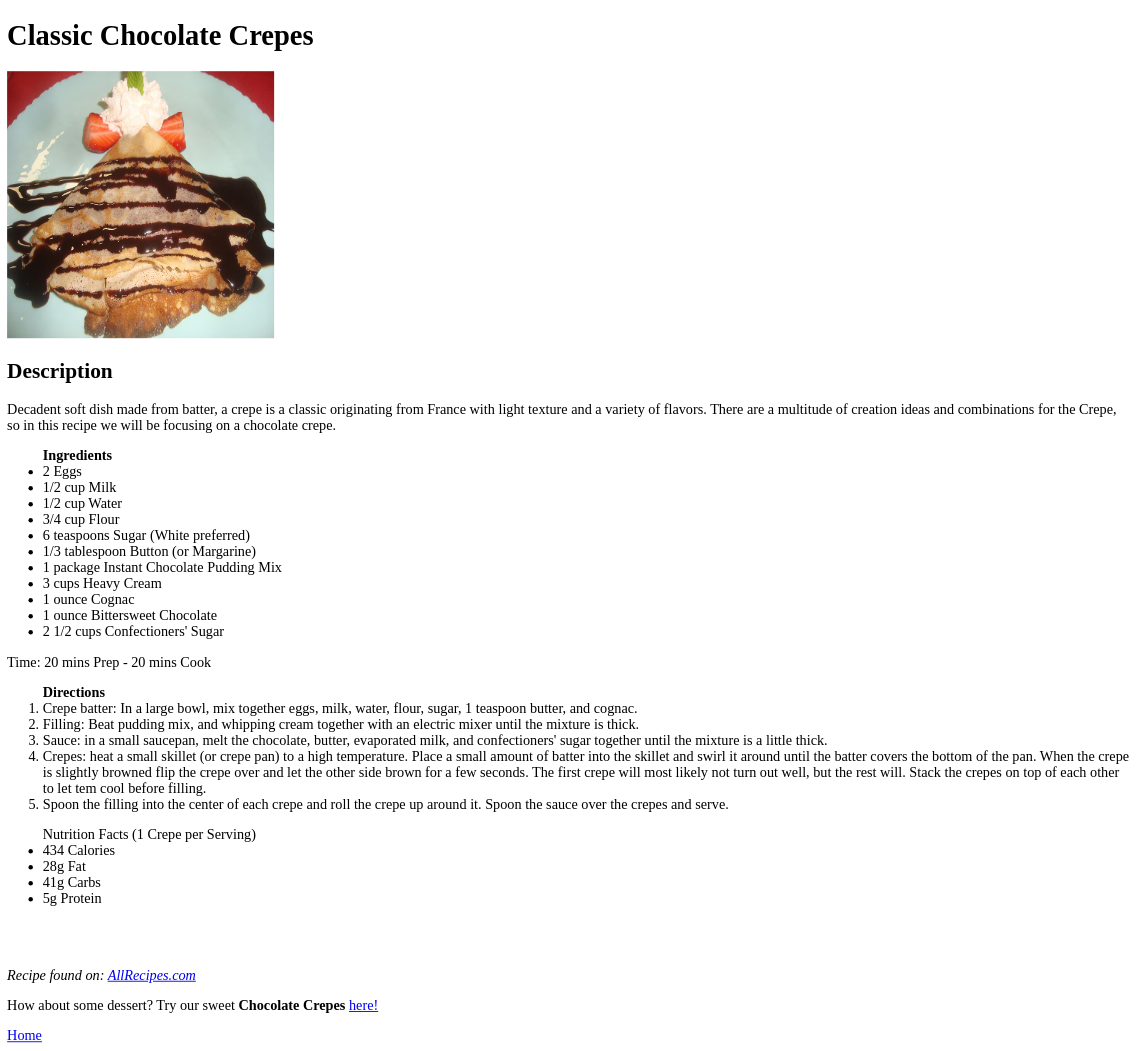
Repository: Mervens/odin-recipes
Page: recipes/pasta.html
These files come from the project's save history. The page is drawn as it stood at one moment and after the next save; the edit follows.
The browser window is 1280 px wide. The pictures show the whole page, at 89% of full size.

Above is the page before, as saved 2025-06-18 11:46:40.

### recipes/pasta.html
<!DOCTYPE html>

<html lang="en">

<head>
    <meta charset="UTF-8">
    <title>Chocolate Crepe Recipe | Odin Recipes</title>
</head>

<body>
    <h1>Classic Chocolate Crepes</h1>

    <img src="../recipes/images/Chocolate Image.png"
        alt="Photo of Chocolate Crepe. Image found on Wikipedia - linked in ReadME." height=300 width=300>
    <h2>Description</h2>
    <p>Decadent soft dish made from batter, a crepe is a classic originating from France with light texture and a
        variety of flavors. There are a multitude of creation ideas and combinations for the Crepe, so in this
        recipe we
        will be focusing on a chocolate crepe.</p>
    <ul><strong>Ingredients</strong>
        <li>2 Eggs</li>
        <li>1/2 cup Milk</li>
        <li>1/2 cup Water</li>
        <li>3/4 cup Flour</li>
        <li>6 teaspoons Sugar (White preferred)</li>
        <li>1/3 tablespoon Button (or Margarine)</li>
        <li>1 package Instant Chocolate Pudding Mix</li>
        <li>3 cups Heavy Cream</li>
        <li>1 ounce Cognac</li>
        <li>1 ounce Bittersweet Chocolate</li>
        <li>2 1/2 cups Confectioners' Sugar</li>
    </ul>
    <p>Time: 20 mins Prep - 20 mins Cook</p>
    <ol><strong>Directions</strong>
        <li>Crepe batter: In a large bowl, mix together eggs, milk, water, flour, sugar, 1 teaspoon butter, and
            cognac.
        </li>
        <li>Filling: Beat pudding mix, and whipping cream together with an electric mixer until the mixture is
            thick.
        </li>
        <li>Sauce: in a small saucepan, melt the chocolate, butter, evaporated milk, and confectioners' sugar
            together
            until the mixture is a little thick.</li>
        <li>Crepes: heat a small skillet (or crepe pan) to a high temperature. Place a small amount of batter into
            the
            skillet and swirl it around until the batter covers the bottom of the pan. When the crepe is slightly
            browned flip the crepe over and let the other side brown for a few seconds. The first crepe will most
            likely
            not turn out well, but the rest will. Stack the crepes on top of each other to let tem cool before
            filling.
        </li>
        <li>Spoon the filling into the center of each crepe and roll the crepe up around it. Spoon the sauce over
            the
            crepes and serve.</li>
    </ol>
    <ul>
        Nutrition Facts (1 Crepe per Serving)
        <li>434 Calories</li>
        <li>28g Fat</li>
        <li>41g Carbs</li>
        <li>5g Protein</li>
    </ul>
    <br>
    <br>

    <p><em>Recipe found on:
            <a href="https://www.allrecipes.com/recipe/229960/shrimp-scampi-with-pasta/">AllRecipes.com</em>
    </p>
    </a>
    <p>How about some dessert? Try our sweet <strong>Chocolate Crepes </strong><a href="../recipes/crepe.html">here!</a>
    </p>
    <a href="../index.html">Home</a>

</body>

</html>

After the next save:
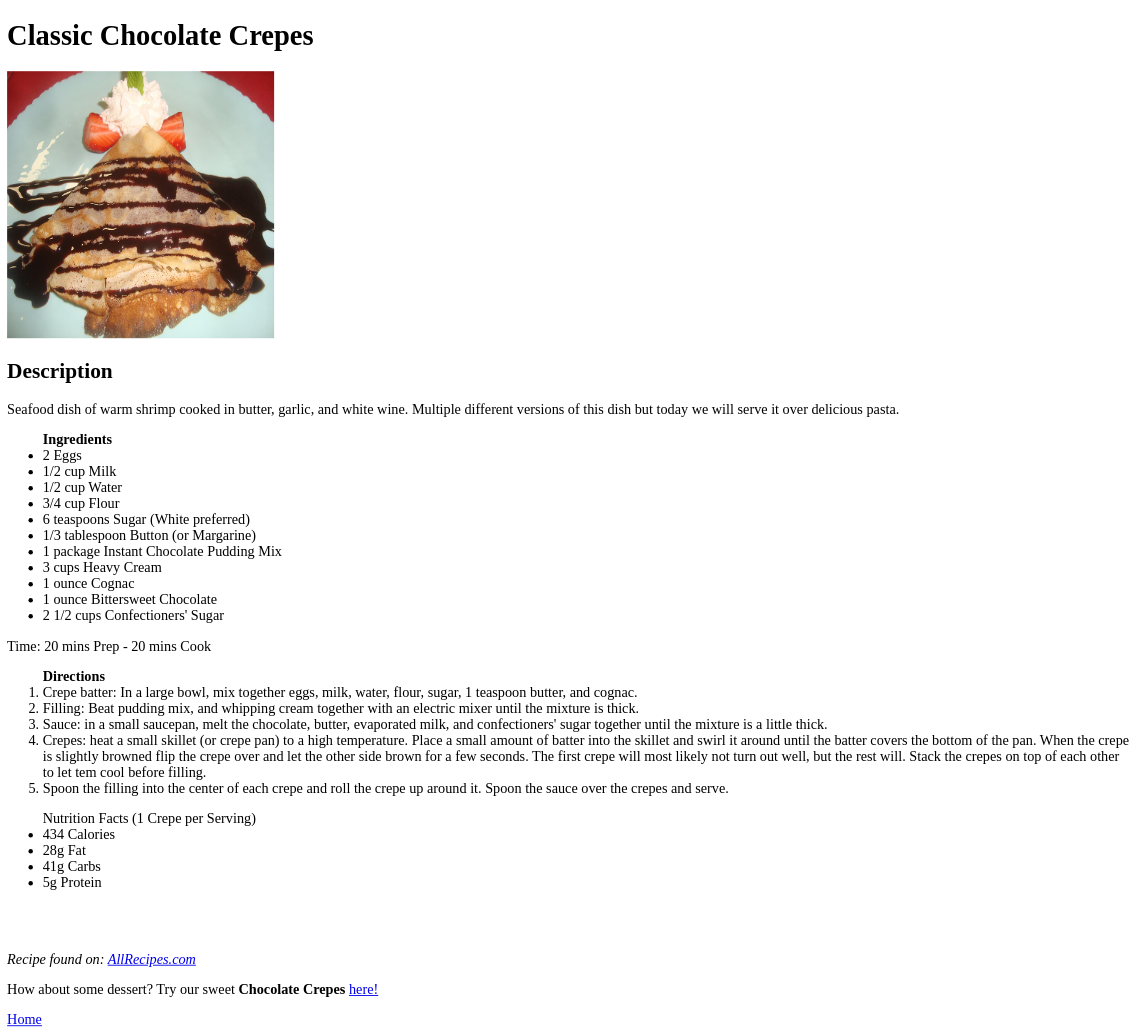
Saved 76 s later.
--- a/recipes/pasta.html
+++ b/recipes/pasta.html
@@ -13,10 +13,8 @@
     <img src="../recipes/images/Chocolate Image.png"
         alt="Photo of Chocolate Crepe. Image found on Wikipedia - linked in ReadME." height=300 width=300>
     <h2>Description</h2>
-    <p>Decadent soft dish made from batter, a crepe is a classic originating from France with light texture and a
-        variety of flavors. There are a multitude of creation ideas and combinations for the Crepe, so in this
-        recipe we
-        will be focusing on a chocolate crepe.</p>
+    <p>Seafood dish of warm shrimp cooked in butter, garlic, and white wine. Multiple different versions of this dish
+        but today we will serve it over delicious pasta.</p>
     <ul><strong>Ingredients</strong>
         <li>2 Eggs</li>
         <li>1/2 cup Milk</li>
